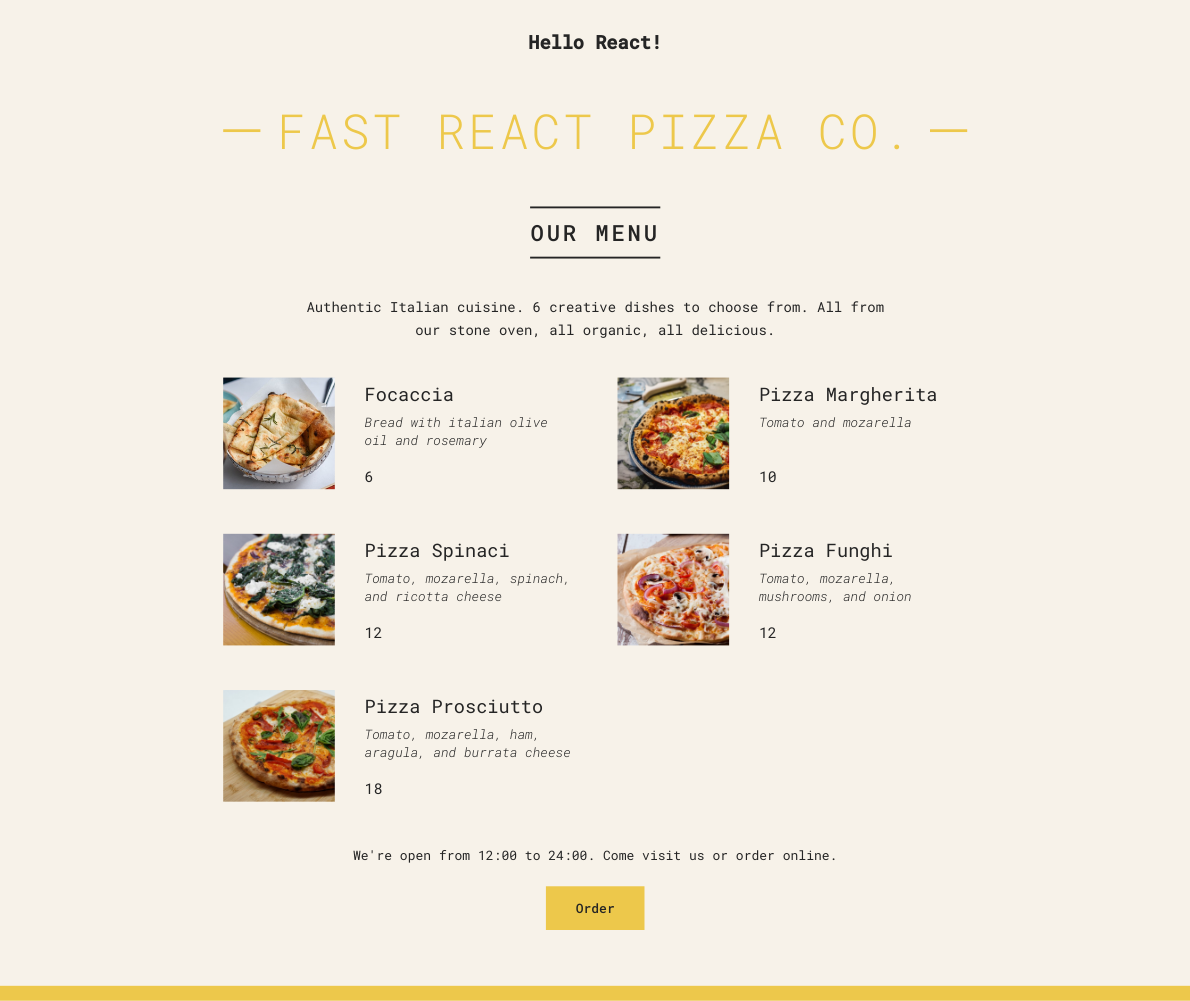
Repository: Alphosmart/03_pizza-menu
Page: /
An editor plug-in stored every save of this project. The page is shown before and after a run of saves, followed by the edit.
The browser window is 1280 px wide. The pictures show the whole page, at 93% of full size.
The project was rebuilt for these pictures with package versions that can differ from the ones it lists, and the page was loaded fresh each time.

Above is the page before, as saved 2024-06-18 00:35:13.

After the next 4 saves:
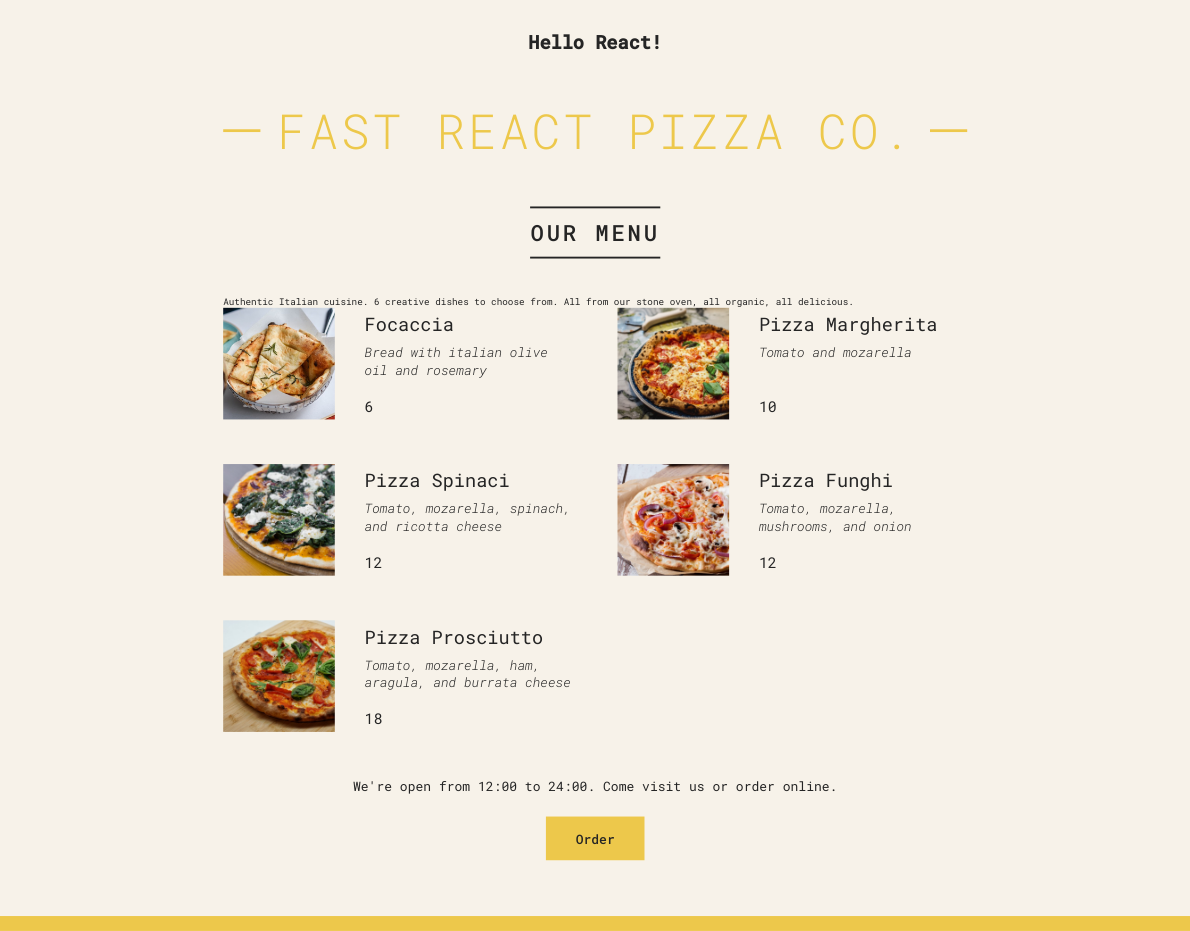
The 4 saves are shown as one change because 3 did not build or start.
The last was saved 3 min 13 s later.
--- a/src/index.js
+++ b/src/index.js
@@ -72,17 +72,18 @@
     <main className="menu">
       <h2>Our Menu</h2>
 
-      <p>
-        Authentic Italian cuisine. 6 creative dishes to choose from. All from
-        our stone oven, all organic, all delicious.
-      </p>
-
       {numPizzas > 0 ? (
-        <ul className="pizzas">
-          {pizzas.map((pizza) => (
-            <Pizza pizzaObj={pizza} key={pizza.name} />
-          ))}
-        </ul>
+        <div>
+          <p>
+            Authentic Italian cuisine. 6 creative dishes to choose from. All
+            from our stone oven, all organic, all delicious.
+          </p>
+          <ul className="pizzas">
+            {pizzas.map((pizza) => (
+              <Pizza pizzaObj={pizza} key={pizza.name} />
+            ))}
+          </ul>
+        </div>
       ) : (
         <p>We are still working on our menu. Please come back later</p>
       )}

After the save that followed:
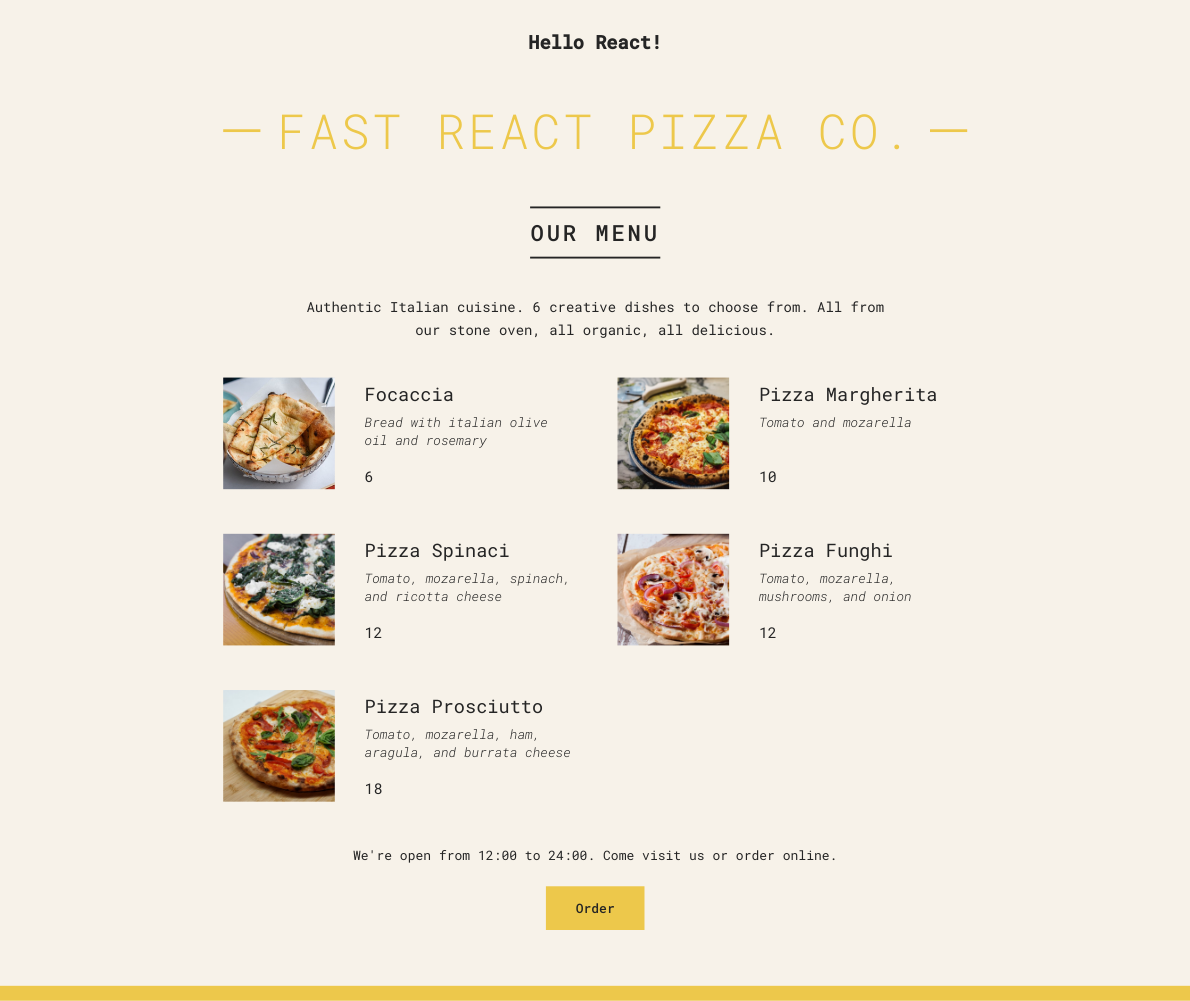
Saved 66 s later.
--- a/src/index.js
+++ b/src/index.js
@@ -73,7 +73,7 @@
       <h2>Our Menu</h2>
 
       {numPizzas > 0 ? (
-        <div>
+        <>
           <p>
             Authentic Italian cuisine. 6 creative dishes to choose from. All
             from our stone oven, all organic, all delicious.
@@ -83,7 +83,7 @@
               <Pizza pizzaObj={pizza} key={pizza.name} />
             ))}
           </ul>
-        </div>
+        </>
       ) : (
         <p>We are still working on our menu. Please come back later</p>
       )}
